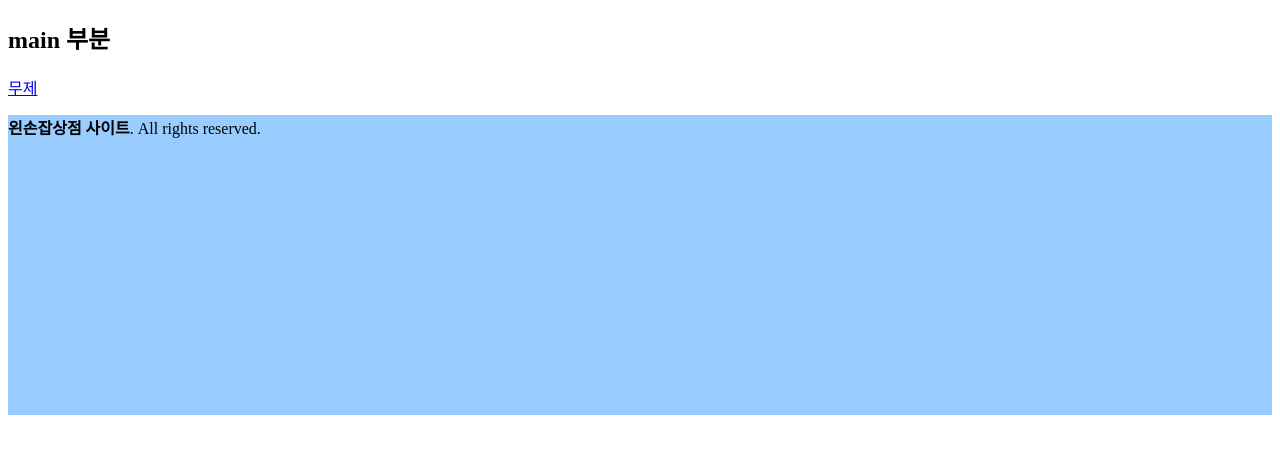
Repository: GroundPark/team6
Page: http://localhost/lefthand/index.jsp
These files come from the project's save history. The page is drawn as it stood at one moment and after the next save; the edit follows.
The browser window is 1280 px wide. The pictures show the whole page.
The page is served by Tomcat 9. Nobody is signed in. The application's start-up code is not run.

Above is the page before, as saved 2021-11-13 13:36:39.

After the next save:
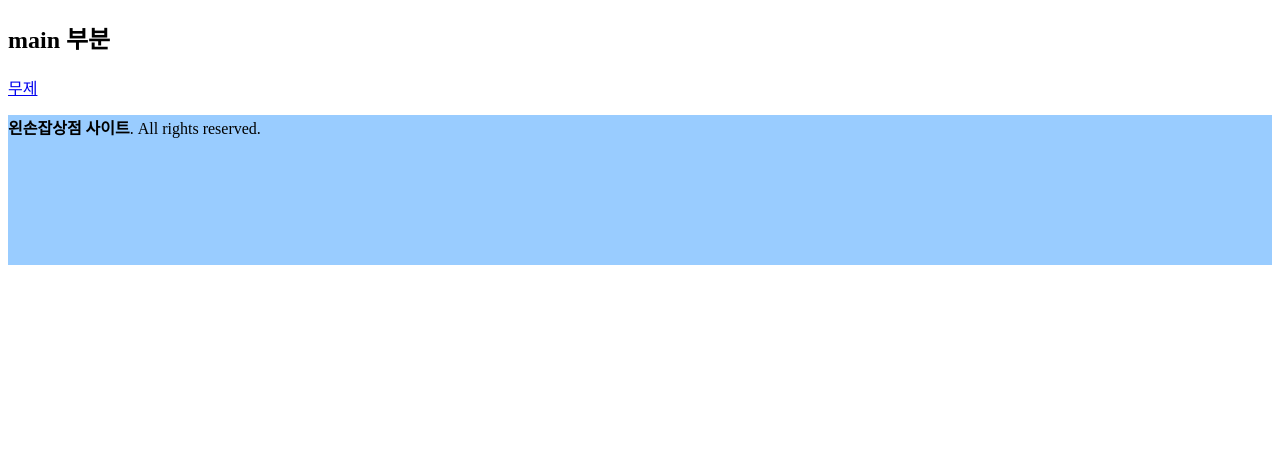
Saved 24 s later.
--- a/lefthand/WebContent/css/teststyle.css
+++ b/lefthand/WebContent/css/teststyle.css
@@ -1,7 +1,7 @@
 @charset "UTF-8";
 
 .footerdiv{
-	height: 300px;
+	height: 150px;
 	width: auto;
 	background-color: #99ccff;}
 }
